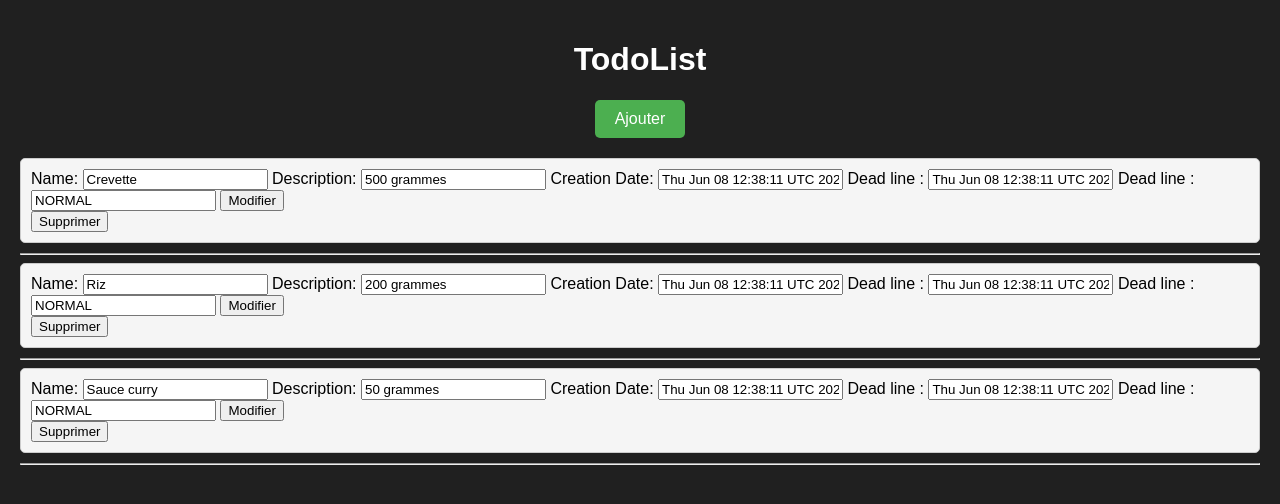
Repository: HugoGit-Hub/TodoList
Page: http://localhost/todo-list/TodoList
These files come from the project's save history. The page is drawn as it stood at one moment and after the next save; the edit follows.
The browser window is 1280 px wide. The pictures show the whole page.
The page is served by Tomcat 9. Other server files are loaded and not shown.

Above is the page before, as saved 2023-06-08 17:13:43.

### todo-list/src/main/webapp/jsp/todoList.jsp
<%@page import="java.util.ArrayList"%>
<%@page import="java.util.List"%>
<%@page import="fr.keyce.todo_list.model.Todo"%>
<%@page import="java.util.Map"%>
<%@taglib prefix="c" uri="http://java.sun.com/jsp/jstl/core"%>
<%@ page language="java" contentType="text/html; charset=UTF-8"
    pageEncoding="UTF-8"%>
<!DOCTYPE html>
<html>
	<head>
		<meta charset="UTF-8">
		<title>TodoList</title>
		<link href="../css/style.css" rel="stylesheet" type="text/css">
	</head>
	<body>
		<div>
			<h1>TodoList</h1>

			<div class="add-button">
				<c:url var="todoCreateUrl" value="/TodoCreate"/>
				<a href="${todoCreateUrl}">Ajouter</a>
			</div>

			<c:forEach items="${getAllTodo}" var="todo">
				<div class="todo-list">
    				<div class="todo-item">
						<form method="post" action="http://localhost:8080/todo-list/TodoList">
							<input type="text" id="id" name="id" value="${todo.getId()}" hidden="true">

							<label for="name">Name:</label>
							<input type="text" id="name" name="name" value="${todo.getName()}">

					 		<label for="description">Description:</label>
							<input type="text" id="description" name="description" value="${todo.getDescription()}">

							<label for="creationDate">Creation Date:</label>
							<input type="text" id="creationDate" name="creationDate" value="${todo.getCreationDate()}">

							<label for="deadLine">Dead line :</label>
							<input type="text" id="deadLine" name="deadLine" value="${todo.getDeadLine()}">

							<label for="priority">Dead line :</label>
							<input type="text" id="priority" name="priority" value="${todo.getPriority()}">

							<input type="submit" name="action" value="Modifier">
						</form>

					 	<form method="post" action="http://localhost:8080/todo-list/TodoList">
							<input type="hidden" name="id" value="${todo.getId()}">
							<input type="submit" name="action" value="Supprimer">
						</form>
					</div>
				</div><hr/>
			</c:forEach>
		</div>
	</body>
	<style>
    body {
      font-family: Arial, sans-serif;
      margin: 0;
      padding: 20px;
      background-color: #202020;
    }

    h1 {
      text-align: center;
      color: white;
    }

    .todo-item {
      margin-bottom: 10px;
      padding: 10px;
      border: 1px solid #ccc;
      border-radius: 5px;
      background-color: #f5f5f5;
    }

    .todo-item h2 {
      margin-top: 0;
    }

    .todo-item p {
      margin: 0;
    }

    .todo-item .buttons {
      margin-top: 10px;
    }

    .todo-item .buttons button {
      margin-right: 5px;
    }

    .add-button {
      text-align: center;
      margin-bottom: 20px;
    }

    .add-button a {
      display: inline-block;
      padding: 10px 20px;
      background-color: #4CAF50;
      color: #fff;
      text-decoration: none;
      border-radius: 5px;
    }
  </style>
</html>

### todo-list/src/main/java/fr/keyce/todo_list/controllers/TodoListServlet.java
package fr.keyce.todo_list.controllers;

import java.io.IOException;
import java.text.ParseException;
import java.text.SimpleDateFormat;
import java.util.Date;
import java.util.List;

import javax.servlet.RequestDispatcher;
import javax.servlet.ServletException;
import javax.servlet.annotation.WebServlet;
import javax.servlet.http.HttpServlet;
import javax.servlet.http.HttpServletRequest;
import javax.servlet.http.HttpServletResponse;

import fr.keyce.todo_list.model.Priority;
import fr.keyce.todo_list.model.Todo;
import fr.keyce.todo_list.services.TodoService;
import fr.keyce.todo_list.services.Impl.TodoServiceImpl;

@WebServlet(name = "TodoListServlet", urlPatterns = "/TodoList")
public class TodoListServlet extends HttpServlet {
	private static final long serialVersionUID = 1L;

	private TodoService todoService = TodoServiceImpl.getInstance();

	protected void doGet(HttpServletRequest request, HttpServletResponse response) throws ServletException, IOException {
		System.out.println(request.getRequestURI() + " > forward vers /jsp/todoList.jsp");
		List<Todo> todos = this.todoService.findAll();
		RequestDispatcher requestDispatcher = request.getRequestDispatcher("/jsp/todoList.jsp");
		request.setAttribute("getAllTodo", todos);

		requestDispatcher.forward(request, response);
	}

	protected void doPost(HttpServletRequest request, HttpServletResponse response) throws ServletException, IOException {
		String id = request.getParameter("id");
		String action = request.getParameter("action");

		switch (action) {
			case "Supprimer": {
				todoService.delete(Integer.parseInt(id));
				response.sendRedirect("http://localhost:8080/todo-list/TodoList");
				break;
			}
			case "Modifier":{
				Todo update = new Todo();

				String idTodo = request.getParameter("id");
				update.setId(Integer.parseInt(idTodo));

				String name = request.getParameter("name");
				update.setName(name);

				String description = request.getParameter("description");
				update.setDescription(description);

				String creationDate = request.getParameter("creationDate");
				try {
					Date convertDate = new SimpleDateFormat("dd/MM/yyyy").parse(creationDate);
					update.setCreationDate(convertDate);
				} catch (ParseException e) {
					e.printStackTrace();
				}

				String deadLine = request.getParameter("deadLine");
				try {
					Date convertDate = new SimpleDateFormat("dd/MM/yyyy").parse(deadLine);
					update.setDeadLine(convertDate);
				} catch (ParseException e) {
					e.printStackTrace();
				}

				String priority = request.getParameter("priority");
				switch (priority) {
					case "LOW": {
						update.setPriority(Priority.LOW);
					}
					case "NORMAL": {
						update.setPriority(Priority.NORMAL);
					}
					case "HIGH": {
						update.setPriority(Priority.HIGH);
					}
				}
				todoService.update(update);
				response.sendRedirect("http://localhost:8080/todo-list/TodoList");
				break;
			}
			default:
				throw new IllegalArgumentException("Unexpected value: ");
		}
	}
}

### todo-list/src/main/java/fr/keyce/todo_list/services/Impl/TodoServiceImpl.java
package fr.keyce.todo_list.services.Impl;

import java.util.List;

import fr.keyce.todo_list.dao.TodoDao;
import fr.keyce.todo_list.dao.db.TodoDaoDb;
import fr.keyce.todo_list.model.Todo;
import fr.keyce.todo_list.services.TodoService;

public class TodoServiceImpl implements TodoService {

	private final static TodoServiceImpl INSTANCE = new TodoServiceImpl();

	private TodoServiceImpl() {};

	public static TodoServiceImpl getInstance() {
		return INSTANCE;
	}

	private TodoDao todoDao = TodoDaoDb.getInstance();

	@Override
	public List<Todo> findAll() {
		return this.todoDao.findAll();
	}

	@Override
	public void delete(Integer id) {
		this.todoDao.delete(id);
	}

	@Override
	public Todo update(Todo todo) {
		return this.todoDao.update(todo);
	}

	@Override
	public Todo create(Todo todo) {
		return this.todoDao.create(todo);
	}

}

### todo-list/src/main/java/fr/keyce/todo_list/dao/TodoDao.java
package fr.keyce.todo_list.dao;

import java.util.List;

import fr.keyce.todo_list.model.Todo;

public interface TodoDao {
	public List<Todo> findAll();
	public void delete(Integer id);
	public Todo update(Todo todo);
	public Todo create(Todo todo);
}

### todo-list/src/main/java/fr/keyce/todo_list/dao/db/TodoDaoDb.java
package fr.keyce.todo_list.dao.db;

import java.util.List;

import fr.keyce.todo_list.dao.TodoDao;
import fr.keyce.todo_list.db.Database;
import fr.keyce.todo_list.model.Todo;

public class TodoDaoDb implements TodoDao {

	private final static TodoDaoDb INSTANCE = new TodoDaoDb();

	private TodoDaoDb() {};

	public static TodoDaoDb getInstance() {
		return INSTANCE;
	}

	private Database database = Database.getInstance();

	@Override
	public List<Todo> findAll() {
		return this.database.selectAll();
	}

	@Override
	public void delete(Integer id) {
		this.database.delete(id);
	}

	@Override
	public Todo update(Todo todo) {
		return this.database.update(todo);
	}

	@Override
	public Todo create(Todo todo) {
		return this.database.create(todo);
	}
}

### todo-list/src/main/java/fr/keyce/todo_list/db/Database.java
package fr.keyce.todo_list.db;

import java.util.ArrayList;
import java.util.Date;
import java.util.List;
import java.util.Map;
import java.util.TreeMap;

import fr.keyce.todo_list.model.Priority;
import fr.keyce.todo_list.model.Todo;

public class Database {

	private final static Database INSTANCE = new Database();

	private Map<Integer, Todo> map;

	private Database() {
		this.map = new TreeMap<Integer, Todo>();
		Todo todoCrevette = Todo.create(1, "Crevette", "500 grammes", new Date(), new Date(), Priority.NORMAL);
		this.map.put(todoCrevette.getId(), todoCrevette);
		Todo todoRiz = Todo.create(2, "Riz", "200 grammes", new Date(), new Date(), Priority.NORMAL);
		this.map.put(todoRiz.getId(), todoRiz);
		Todo todoSauceCurry = Todo.create(3, "Sauce curry", "50 grammes", new Date(), new Date(), Priority.NORMAL);
		this.map.put(todoSauceCurry.getId(), todoSauceCurry);
	}

	public static Database getInstance() {
		return INSTANCE;
	}

	public List<Todo> selectAll(){
		var value = this.map.values();
		return new ArrayList<>(value);
	}

	public void delete(Integer id) {
		map.remove(id);
	}

	public Todo update(Todo todo) {
		return map.put(todo.getId(), todo);
	}

	public Todo create(Todo todo) {
		Integer id = map.size() + 1;
		return map.put(id, todo);
	}
}

### todo-list/src/main/java/fr/keyce/todo_list/model/Priority.java
package fr.keyce.todo_list.model;

public enum Priority {

	LOW, NORMAL, HIGH

}

### todo-list/src/main/java/fr/keyce/todo_list/model/Todo.java
package fr.keyce.todo_list.model;

import java.util.Date;

public class Todo {

	private Integer id;

	private String name;

	private String description;

	private Date creationDate;

	private Date deadLine;

	private Priority priority;

	public Todo() {}

	public Integer getId() {
		return id;
	}

	public void setId(Integer id) {
		this.id = id;
	}

	public String getName() {
		return name;
	}

	public void setName(String name) {
		this.name = name;
	}

	public String getDescription() {
		return description;
	}

	public void setDescription(String description) {
		this.description = description;
	}

	public Date getCreationDate() {
		return creationDate;
	}

	public void setCreationDate(Date creationDate) {
		this.creationDate = creationDate;
	}

	public Date getDeadLine() {
		return deadLine;
	}

	public void setDeadLine(Date deadLine) {
		this.deadLine = deadLine;
	}

	public Priority getPriority() {
		return priority;
	}

	public void setPriority(Priority priority) {
		this.priority = priority;
	}

	public final static Todo create(Integer id, String name, String description, Date creationDate, Date deadLine, Priority priority) {
		Todo todo = new Todo();
		todo.id = id;
		todo.name = name;
		todo.description = description;
		todo.creationDate = creationDate;
		todo.deadLine = deadLine;
		todo.priority = priority;
		return todo;
	}
}

### todo-list/src/main/webapp/css/style.css
@charset "UTF-8";

    body {
      font-family: Arial, sans-serif;
      margin: 0;
      padding: 20px;
      background-color: #202020;
    }

    h1 {
      text-align: center;
      color: white;
    }

    .todo-item {
      margin-bottom: 10px;
      padding: 10px;
      border: 1px solid #ccc;
      border-radius: 5px;
      background-color: #f5f5f5;
    }

    .todo-item h2 {
      margin-top: 0;
    }

    .todo-item p {
      margin: 0;
    }

    .todo-item .buttons {
      margin-top: 10px;
    }

    .todo-item .buttons button {
      margin-right: 5px;
    }

    .add-button {
      text-align: center;
      margin-bottom: 20px;
    }

    .add-button a {
      display: inline-block;
      padding: 10px 20px;
      background-color: #4CAF50;
      color: #fff;
      text-decoration: none;
      border-radius: 5px;
    }

After the next save:
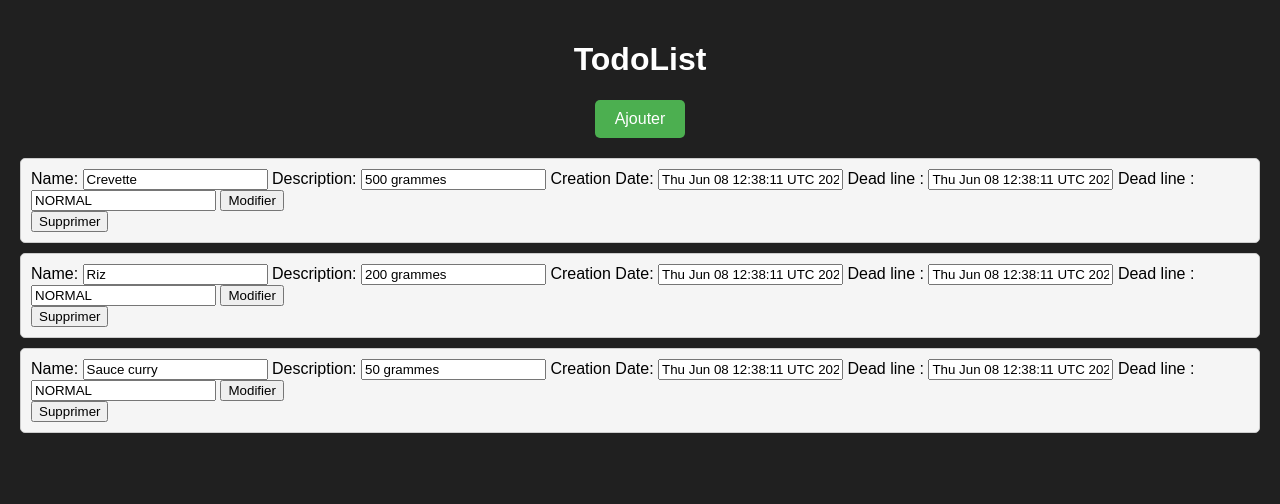
Saved 12 s later.
--- a/todo-list/src/main/webapp/jsp/todoList.jsp
+++ b/todo-list/src/main/webapp/jsp/todoList.jsp
@@ -50,7 +50,7 @@
 							<input type="submit" name="action" value="Supprimer">
 						</form>
 					</div>
-				</div><hr/>
+				</div>
 			</c:forEach>
 		</div>
 	</body>
